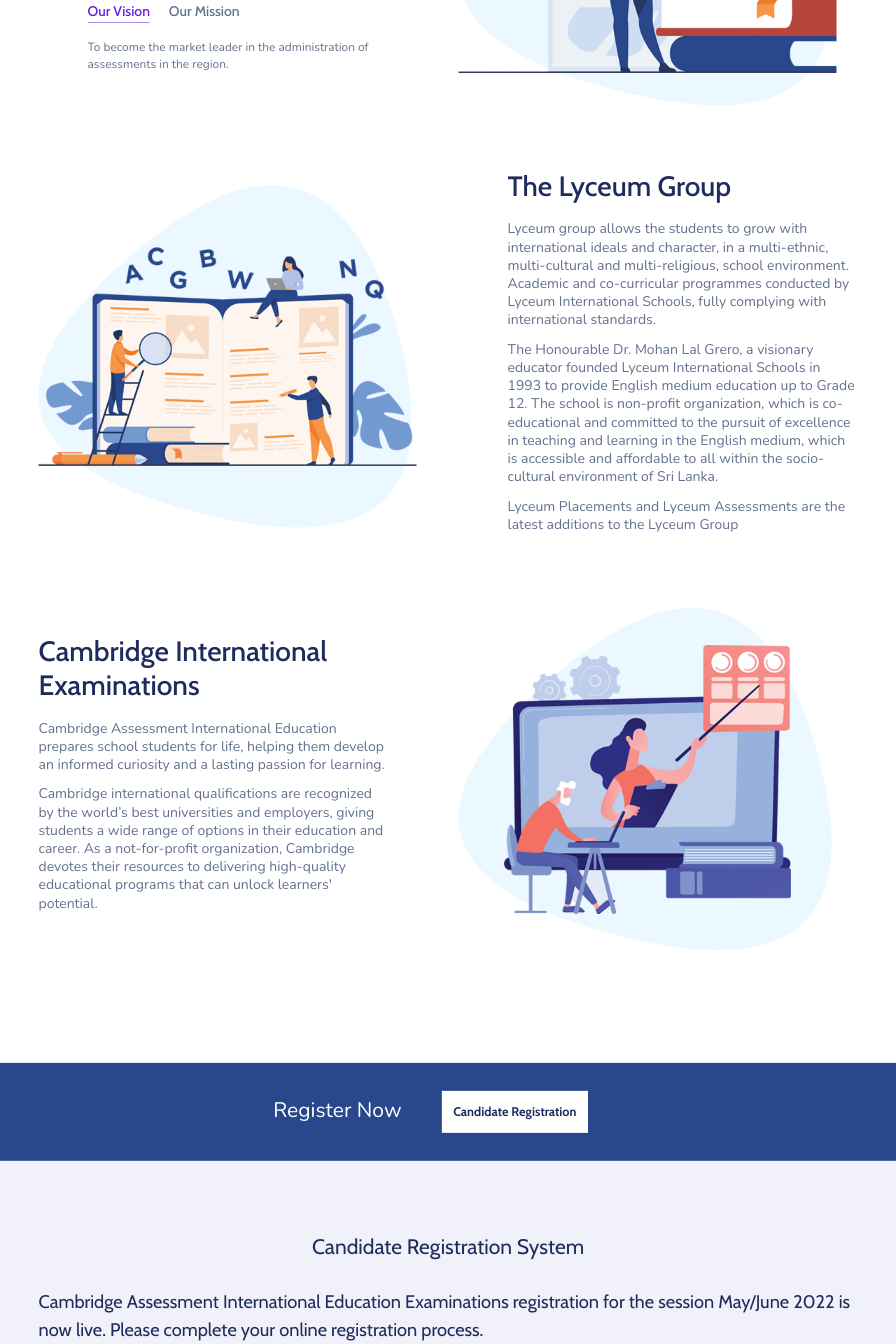
Repository: AXUSLK/LyceumAssessments-HTML
Page: index.html
An editor plug-in stored every save of this project. The page is shown before and after the next save, followed by the edit.
The browser window is 1280 px wide. The pictures show the part of the page from y = 1178 to 3098 px (the page is 4964 px tall before and 5882 px after), at 70% of full size.
Some web libraries are served in a nearby version.

Above is the page before, as saved 2022-01-31 17:15:48.

After the next save:
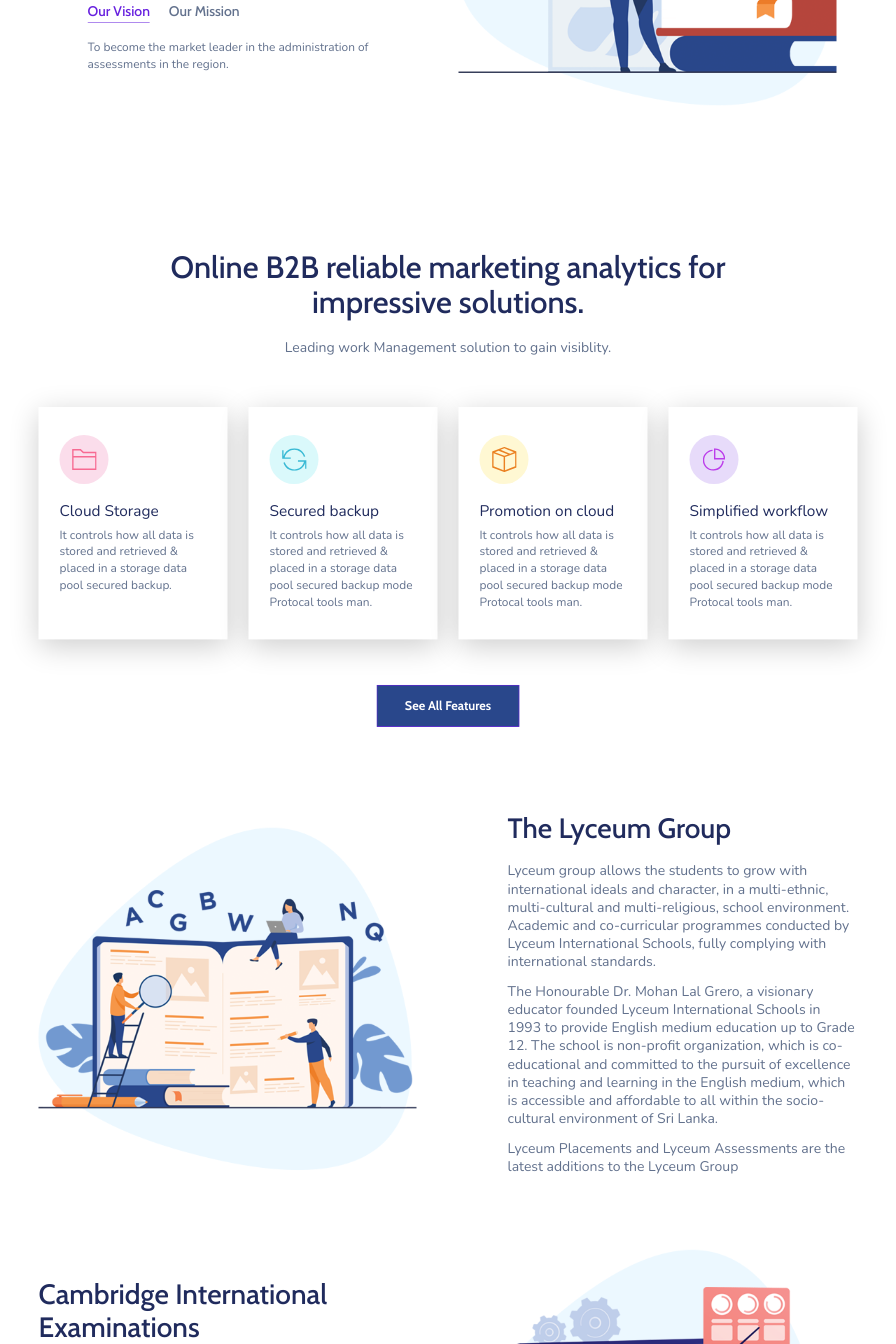
Saved 16 h 30 min later.
--- a/index.html
+++ b/index.html
@@ -219,6 +219,87 @@
 				</section>
 			</div>
 
+			<div id="scrollTo3" class="mt-md-n12 mt-lg-n14 pt-md-12 pt-lg-14">
+				<!-- featureBlock -->
+				<section class="featureBlock pt-8 pb-8 pt-md-13 pb-md-13 pt-lg-19 pb-lg-20 pt-xl-23 pb-xl-24">
+					<div class="container">
+						<div class="row">
+							<div class="col-12 col-lg-10 offset-lg-1">
+								<!-- headingHead -->
+								<header class="headingHead textMedium text-center mb-8 mb-lg-10 mb-xl-14 wow bounceInUp">
+									<h2 class="mb-5">Online B2B reliable marketing analytics for impressive solutions.</h2>
+									<p>Leading work Management solution to gain visiblity.</p>
+								</header>
+							</div>
+						</div>
+						<div class="row justify-content-center">
+							<div class="col-12 col-sm-6 col-lg-3 d-flex wow flipInX" data-wow-delay="0.5s">
+								<!-- featColumn -->
+								<article class="featColumn shadow-lg position-relative w-100 pt-8 pb-5 px-6 mb-6">
+									<span class="icnWrap d-flex align-items-center justify-content-center text-center rounded-circle mb-5" data-theme="pink">
+										<span class="w-100 d-block p-1">
+											<img src="images/ico01.svg" width="35" height="31" alt="icon">
+										</span>
+									</span>
+									<h3 class="h6 fontBase font-weight-normal mb-2">
+										<a href="javascript:void(0);">Cloud Storage</a>
+									</h3>
+									<p>It controls how all data is stored and retrieved & placed in a storage data pool secured backup.</p>
+								</article>
+							</div>
+							<div class="col-12 col-sm-6 col-lg-3 d-flex wow flipInX" data-wow-delay="0.5s">
+								<!-- featColumn -->
+								<article class="featColumn shadow-lg position-relative w-100 pt-8 pb-5 px-6 mb-6">
+									<span class="icnWrap d-flex align-items-center justify-content-center text-center rounded-circle mb-5" data-theme="info">
+										<span class="w-100 d-block p-1">
+											<img src="images/ico02.svg" width="35" height="33" alt="icon">
+										</span>
+									</span>
+									<h3 class="h6 fontBase font-weight-normal mb-2">
+										<a href="javascript:void(0);">Secured backup</a>
+									</h3>
+									<p>It controls how all data is stored and retrieved & placed in a storage data pool secured backup mode Protocal tools man.</p>
+								</article>
+							</div>
+							<div class="col-12 col-sm-6 col-lg-3 d-flex wow flipInX" data-wow-delay="0.5s">
+								<!-- featColumn -->
+								<article class="featColumn shadow-lg position-relative w-100 pt-8 pb-5 px-6 mb-6">
+									<span class="icnWrap d-flex align-items-center justify-content-center text-center rounded-circle mb-5" data-theme="yellow">
+										<span class="w-100 d-block p-1">
+											<img src="images/ico03.svg" width="35" height="33" alt="icon">
+										</span>
+									</span>
+									<h3 class="h6 fontBase font-weight-normal mb-2">
+										<a href="javascript:void(0);">Promotion on cloud</a>
+									</h3>
+									<p>It controls how all data is stored and retrieved & placed in a storage data pool secured backup mode Protocal tools man.</p>
+								</article>
+							</div>
+							<div class="col-12 col-sm-6 col-lg-3 d-flex wow flipInX" data-wow-delay="0.5s">
+								<!-- featColumn -->
+								<article class="featColumn shadow-lg position-relative w-100 pt-8 pb-5 px-6 mb-6">
+									<span class="icnWrap d-flex align-items-center justify-content-center text-center rounded-circle mb-5" data-theme="purple">
+										<span class="w-100 d-block p-1">
+											<img src="images/ico04.svg" width="32" height="32" alt="icon">
+										</span>
+									</span>
+									<h3 class="h6 fontBase font-weight-normal mb-2">
+										<a href="javascript:void(0);">Simplified workflow</a>
+									</h3>
+									<p>It controls how all data is stored and retrieved & placed in a storage data pool secured backup mode Protocal tools man.</p>
+								</article>
+							</div>
+						</div>
+						<!-- btnWrap -->
+						<footer class="text-center btnWrap pt-4 pt-md-7 wow slideInRight">
+							<a href="javascript:void(0);" class="btn btnTheme btnMinMedium text-capitalize p-0 border-0 position-relative" data-hover="See All Features">
+								<span class="d-block btnText">See All Features</span>
+							</a>
+						</footer>
+					</div>
+				</section>
+			</div>
+
 			<!-- allFeatBlock -->
 			<section id="" class="allFeatBlock pb-3 pb-lg-10 pb-xl-14">
 				<div class="container">
